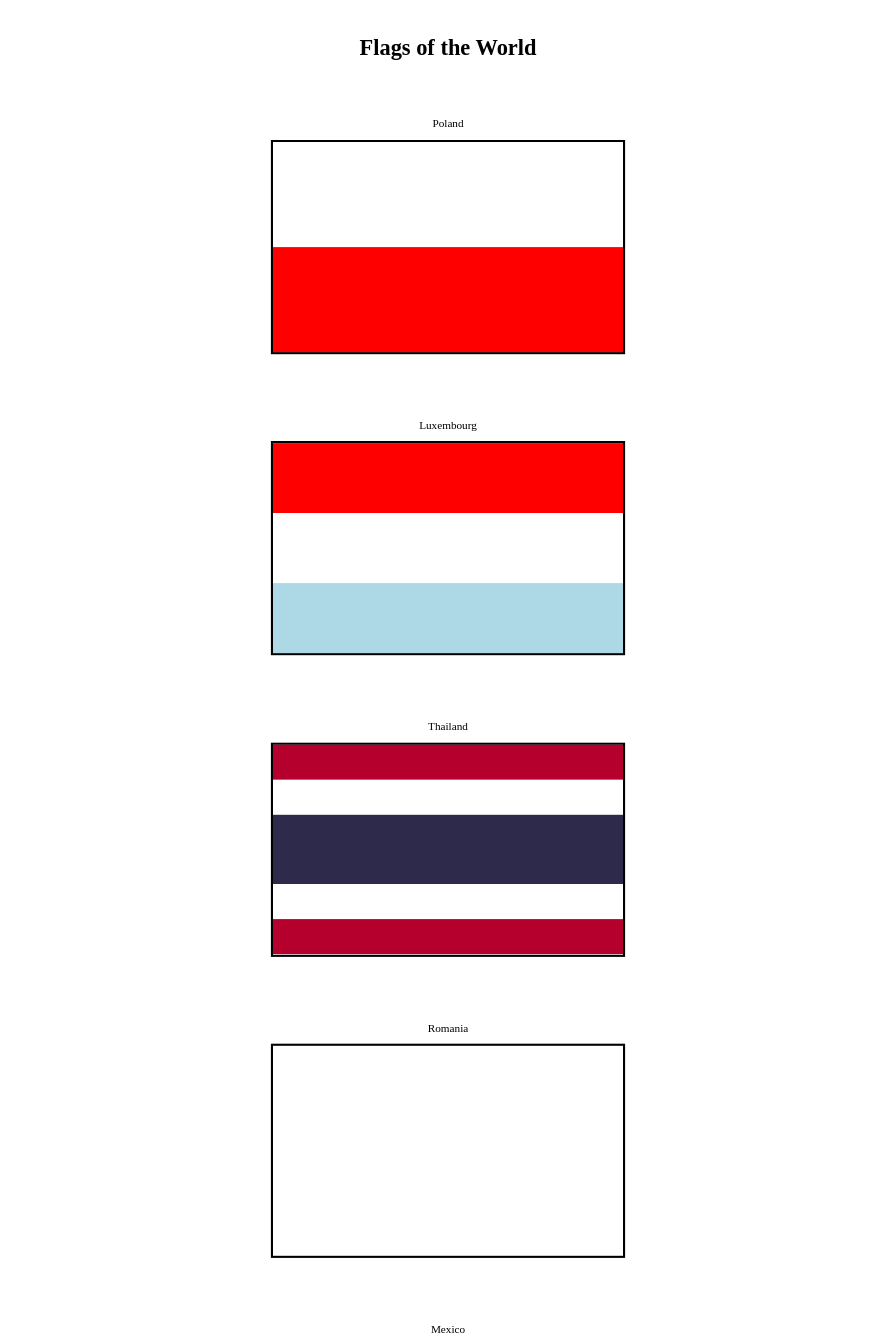
Repository: fullstack-decal-fa22/hw2-jiachenofsun
Page: index.html
The author's editor kept a copy of each file at every save. The page is drawn from the files as they stood at one save, then again after the next save.
The browser window is 1280 px wide. The pictures show the part of the page from y = 0 to 1920 px (the page is 5389 px tall), at 70% of full size.

Above is the page before, as saved 2022-09-25 15:24:41.

### index.html
<!DOCTYPE html>
<head>
  <head>
    <link rel="stylesheet" href="styles.css">
  </head>

  <h1 id="intro">Flags of the World</h1>

  <br>

  <!--
    Some flags already have some CSS elements added in
    You are expected to finish the rest.
  -->

  <div class="flags">
    <h2 class="label">Poland</h2>
    <div class="flag">
      <div class="white twovert"></div>
      <div class="red twovert"></div>
    </div>

    <h2 class="label">Luxembourg</h2>
    <div class="flag">
      <div class="red threevert"></div>
      <div class="red threevert" id="white"></div>
      <div class="light-blue threevert"></div>
    </div>

    <h2 class="label">Thailand</h2>
    <div class="flag">
      <div class="thailand-red"></div>
      <div class="thailand-white"></div>
      <div class="thailand-blue"></div>
      <div class="thailand-white"></div>
      <div class="thailand-red"></div>
    </div>

    <h2 class="label">Romania</h2>
    <div class="flag" style="">
      <!-- insert flag here -->
    </div>

    <h2 class="label">Mexico</h2>
    <div class="flag">
      <!-- insert flag here -->
    </div>

    <h2>Margin</h2>
    <div class="margin-container">
      <div class="flag"></div>
      <div class="flag"></div>
    </div>

    <h2>Padding</h2>
    <div class="flag black">
      <div class="flag padding-container"></div>
    </div>

    <h3>Challenge (These are optional)</h3>

    <h2>Greece</h2>
    <div class="flag">
      <!-- insert flag here -->
    </div>

    <h2>South Africa</h2>
    <div class="flag">
      <!-- insert flag here -->
    </div>

    <h2>Seychelis</h2>
    <div class="flag">
      <!-- insert flag here -->
    </div>

    <h2>North Macedonia</h2>
    <div class="flag">
      <!-- insert flag here -->
    </div>

    <h2>Finland</h2>
    <div class="flag">
      <!-- insert flag here -->
    </div>
  </div>

### styles.css
/* BEGIN SETUP (you will not need to use these) */
#intro {
  color: rgb(0, 0, 0);
  text-align: center;
  margin: 50px;
}

.flags {
  display: flex;
  flex-direction: column;
  align-items: center;
}

h2 {
  font-size: medium;
  font-weight: 200;
}

/* END SETUP */

/* Classes that you might find useful */
/* You may also have to implement your own classes */

.flag {
  height: 300px;
  width: 500px;
  border-style: solid;
  margin-bottom: 5rem;
}

.twovert {
  height: 50%;
}

.threevert {
  height: 33.33333%;
}

.threehoriz {
  width: 33.3%;
}

.narrow {
  height: 17.5%;
}

.wide {
  height: 30%;
}

.circle {
  border-radius: 50%;
  height: 200px;
  width: 200px;
  position: relative;
  left: 85px;
  top: 50px;
}

/* Colors */

/* QUESTION 1 */

.orange {
  background-color: orange;
}

.yellow {
  background-color: yellow;
}

.green {
  background-color: green;
}

.blue {
  background-color: blue;
}

.light-blue {
  background-color: lightblue;
}

.purple {
  background-color: purple;
}

.white {
  background-color: #fff;
}

.black {
  background-color: #000;
}

.white {
  background-color: white;
}

.red {
  background-color: red;
}

#white {
  background-color: white;
}

/* BEGIN QUESTION 2 */

.thailand-red {
  background-color: #B5002D;
  height: 16.66%;
}

.thailand-white {
  background-color: white;
  height: 16.66%;
}

.thailand-blue {
  background-color: #2E2A4C;
  height: 33.3%;
}

/* END QUESTION 2 */

/* BEGIN QUESTION 3 */

.romania-blue {
  background-color: #002c84;
}

.romania-yellow {
  background-color: #ffcf00;
}

.romania-red {
  background-color: #e10017;
}

/* END QUESTION 3 */

/* QUESTION 4 */
.mexico-green {
  background-color: #006341;
}

.mexico-img {
  /* TODO */
}

.mexico-red {
  background-color: #ce1126;
}

/* QUESTION 6 */
.margin-container {
  height: 300px;
  width: 1030px;
  border-style: solid;
  margin-bottom: 5rem;
  display: flex;
  justify-content: center;
}

/* For margin practice */
.flag1 {
  background-color: red;
  /* TODO */
}

.flag2 {
  background-color: blue;
  /* TODO */
}

/* For padding practice */
.padding-container {
  box-sizing: border-box;
  background-color: lightblue;
  background-clip: content-box, padding-box;
  /* TODO */
}

After the next save:
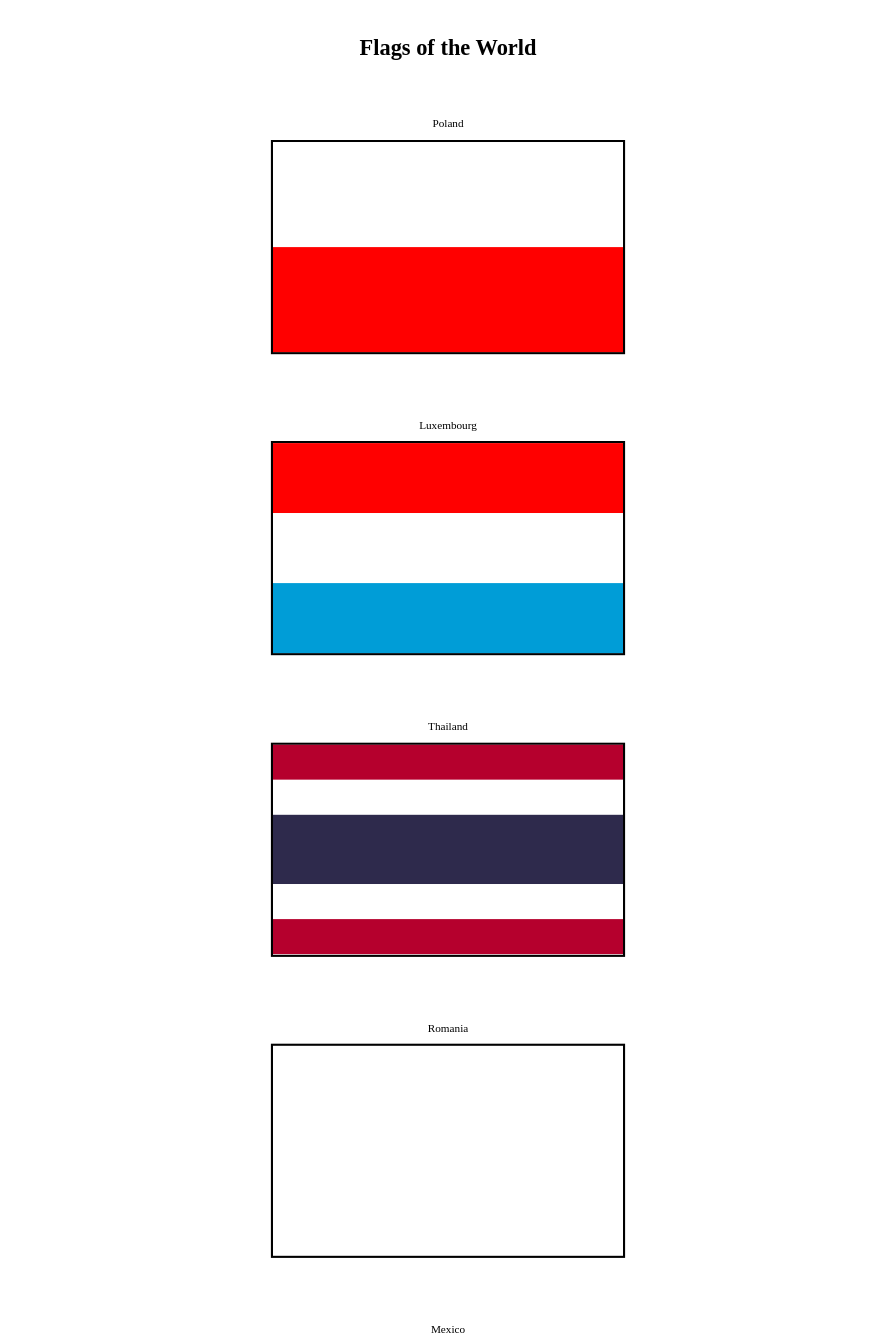
Saved 89 s later.
--- a/styles.css
+++ b/styles.css
@@ -77,7 +77,7 @@
   background-color: blue;
 }
 
-.light-blue {
+.lightblue {
   background-color: lightblue;
 }
 
@@ -103,6 +103,10 @@
 
 #white {
   background-color: white;
+}
+
+.light-blue {
+  background-color: #009dd7;
 }
 
 /* BEGIN QUESTION 2 */
